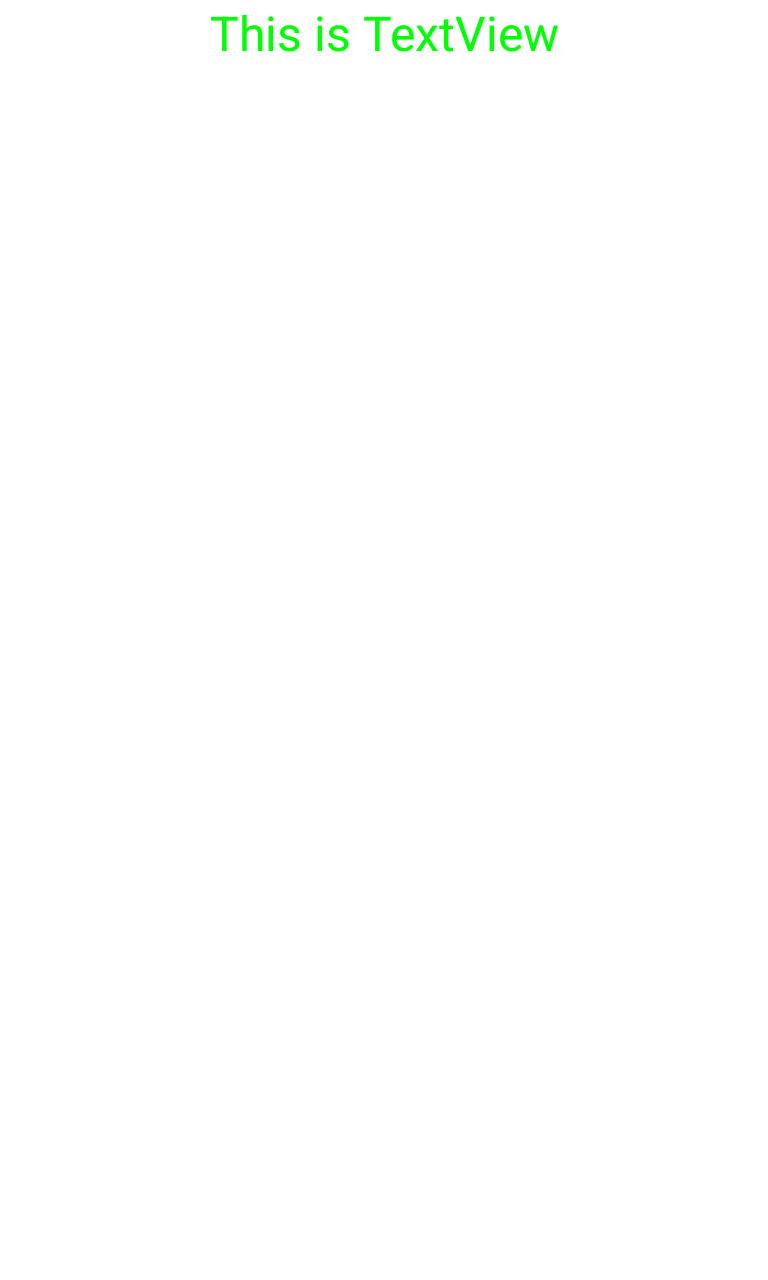
Repository: Wang-Xuan/Hello-World
Layout: UIWidgetTest/res/layout/activity_main.xml
These files come from the project's save history. The layout is drawn as it stood at one moment and after the next save; the edit follows.
It is drawn on a 768 x 1280 px phone screen (xhdpi) without system bars, with theme AppTheme; the app's code is not run.

Above is the layout before, as saved 2014-12-07 04:09:37.

### UIWidgetTest/res/layout/activity_main.xml
<LinearLayout xmlns:android="http://schemas.android.com/apk/res/android"
    xmlns:tools="http://schemas.android.com/tools"
    android:layout_width="match_parent"
    android:layout_height="match_parent"
    android:orientation="vertical" >

    <TextView
        android:id="@+id/text_view"
        android:layout_width="match_parent"
        android:layout_height="wrap_content"
        android:gravity="center"
        android:textSize="24sp"
        android:textColor="#00ff00"
        android:text="This is TextView" />

</LinearLayout>

Loaded but not shown: UIWidgetTest/res/values/styles.xml (common file); UIWidgetTest/res/values-v11/styles.xml (common file); UIWidgetTest/res/values-v14/styles.xml (common file)

After the next save:
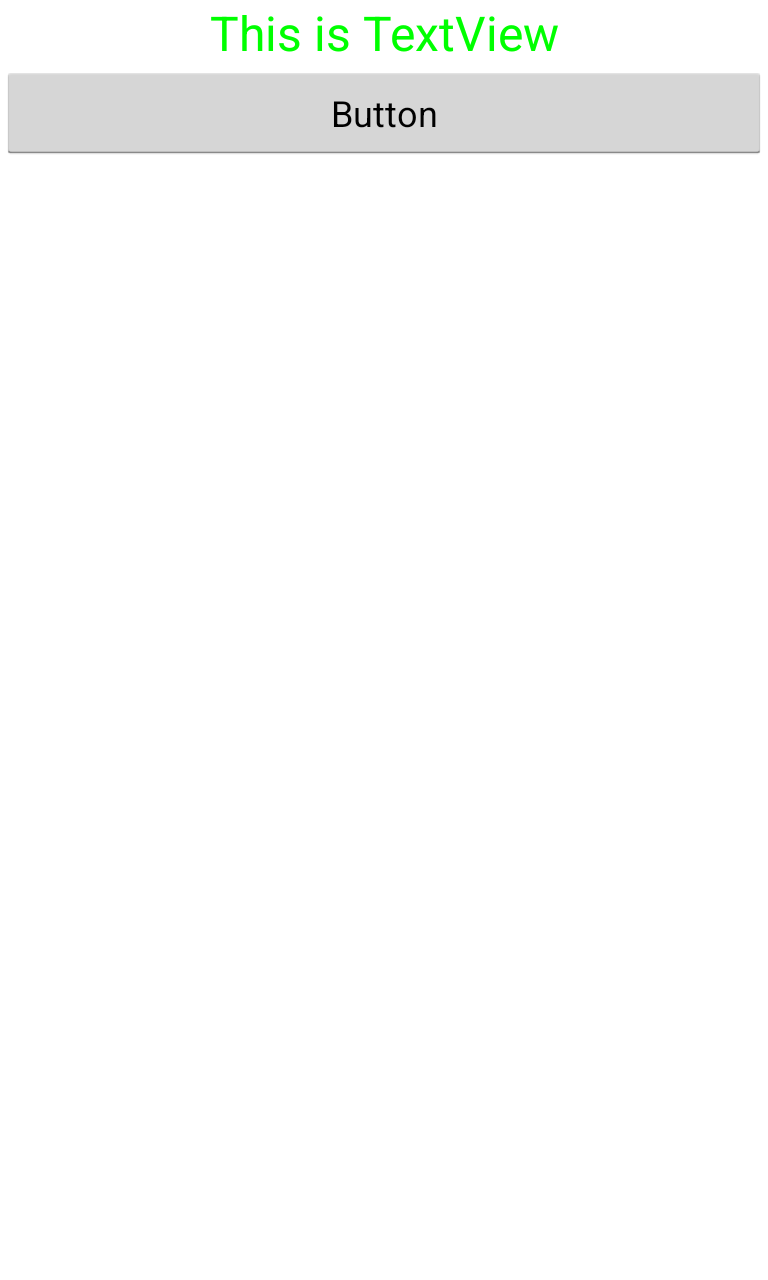
Saved 108 s later.
--- a/UIWidgetTest/res/layout/activity_main.xml
+++ b/UIWidgetTest/res/layout/activity_main.xml
@@ -13,4 +13,10 @@
         android:textColor="#00ff00"
         android:text="This is TextView" />
 
+    <Button
+        android:id="@+id/button"
+        android:layout_width="match_parent"
+        android:layout_height="wrap_content"
+        android:text="Button" />
+
 </LinearLayout>
